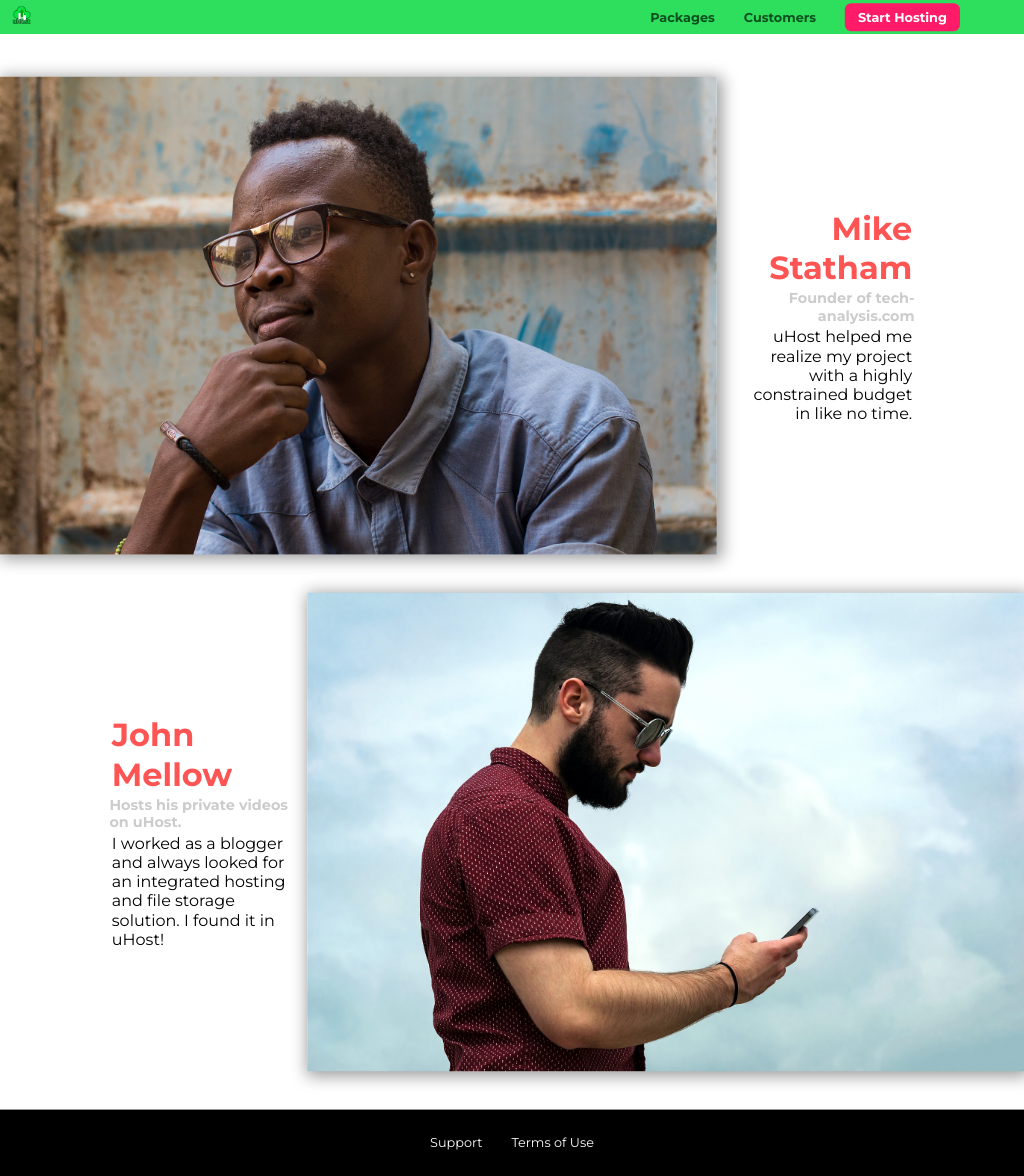
Repository: Nowacki97PL/UdemyCSS
Page: customers/index.html
An editor plug-in stored every save of this project. The page is shown before and after the next save, followed by the edit.
The browser window is 1280 px wide. The pictures show the whole page, at 80% of full size.

Above is the page before, as saved 2023-11-12 13:36:29.

### customers/index.html
<!DOCTYPE html>
<html lang="en">

<head>
    <meta charset="UTF-8">
    <meta name="viewport" content="width=device-width, initial-scale=1.0">
    <meta http-equiv="X-UA-Compatible" content="ie=edge">
    <title>uHost Customers</title>
    <link rel="shortcut icon" href="../favicon.png">
    <link href="https://fonts.googleapis.com/css?family=Anton|Montserrat:400,700" rel="stylesheet">
    <link rel="stylesheet" href="customers.css">
    <link rel="stylesheet" href="../shared.css">
    <link rel="stylesheet" href="../main.css">
</head>

<body>
    <header class="main-header">
        <div>
            <a href="../index.html" class="main-header__brand">
                <img src="../images/uhost-icon.png" alt="logo">
            </a>
        </div>
        <nav class="main-nav">
            <ul class="main-nav__items">
                <li class="main-nav__item">
                    <a href="packages/index.html">Packages</a>
                </li>
                <li class="main-nav__item">
                    <a href="customers/index.html">Customers</a>
                </li>
                <li class="main-nav__item main-nav__item--cta">
                    <a href="start-hosting/index.html">Start Hosting</a>
                </li>
            </ul>
        </nav>
    </header>

    <main>
        <div>
            <div class="testimonial" id="customer-1">
                <div class="testimonial__image-container">
                    <img src="../images/customer-1.jpg" alt="Mike Statham - Customer" class="testimonial__image">
                </div>
                <div class="testimonial__info">
                    <h1 class="testimonial__name">Mike Statham</h1>
                    <h2 class="testimonial__subtitle">Founder of
                        <a href="tech-analysis.com">tech-analysis.com</a>
                    </h2>
                    <p class="testimonial__text">uHost helped me realize my project with a highly constrained budget in like no time.</p>
                </div>
            </div>
            <div class="testimonial" id="customer-2">

                <div class="testimonial__info">
                    <h1 class="testimonial__name">John Mellow</h1>
                    <h2 class="testimonial__subtitle">Hosts his private videos on uHost.
                    </h2>
                    <p class="testimonial__text">I worked as a blogger and always looked for an integrated hosting and file storage solution. I found
                        it in uHost!
                    </p>
                </div>
                <div class="testimonial__image-container">
                    <img src="../images/customer-2.jpg" alt="John Mellow - Customer" class="testimonial__image">
                </div>
            </div>
        </div>
    </main>
    <footer class="main-footer">
        <nav>
            <ul class="main-footer__links">
                <li class="main-footer__link">
                    <a href="#">Support</a>
                </li>
                <li class="main-footer__link">
                    <a href="#">Terms of Use</a>
                </li>
            </ul>
        </nav>
    </footer>
</body>

</html>

### customers/customers.css
.testimonial {
    font-size: 20px;
    margin: 48px 0;
  }

  .testimonial__list {
    width: 80%;
    margin: auto;
  }

  .testimonial:first-of-type {
    margin-top: 96px;
  }

  .testimonial__image-container {
    width: 70%;
    display: inline-block;
    vertical-align: middle;
    box-shadow: 3px 3px 19px 3px rgba(0, 0,  0, 0.4);
  }

  .testimonial__image {
    width: 100%;
    vertical-align: top;
  }

  .testimonial__info {
    text-align: right;
    padding: 14px;
    display: inline-block;
    vertical-align: middle;
    width: 20%;
  }

  #customer-2.testimonial {
    text-align: right;
  }

  #customer-2 .testimonial__info {
    text-align: left;
  }

  .testimonial__name {
    margin: 3px;
    color: #ff5454;
  }

  .testimonial__subtitle {
    margin: 0;
    font-size: 18px;
    color: #ccc;
  }

  .testimonial__subtitle a {
    color: inherit;
    text-decoration: none;
  }

  .testimonial__subtitle a:hover,
  .testimonial__subtitle a:active {
    color: #7a7a7a;
  }

  .testimonial__text {
    margin: 3px;
  }

### shared.css
* {
    box-sizing: border-box;
}

body {
    font-family: 'Montserrat', sans-serif;
    margin: 0;
}

.main-header {
    width: 100%;
    position: fixed;
    top: 0;
    left: 0;
    background: #2ddf5c;
    padding: 8px 16px;
    z-index: 1;
}

.main-header > div {
    display: inline-block;
    vertical-align: middle;
}

.main-header__brand {
    color: #0e4f1f;
    text-decoration: none;
    font-weight: bold;
    font-size: 22px;
    display: inline-block;
    height: 22px;
}

.main-header__brand img {
    height: 22px;
}

.main-nav {
    display: inline-block;
    text-align: right;
    width: calc(100% - 74px);
    vertical-align: middle;
}

.main-nav__items {
    margin: 0;
    padding: 0;
    list-style: none;
}

.main-nav__item {
    display: inline-block;
    margin: 0 16px;
}

.main-nav__item a {
    text-decoration: none;
    color: #0e4f1f;
    font-weight: bold;
    padding: 3px 0;
}

.main-nav__item a:hover,
.main-nav__item a:active {
    color: white;
    border-bottom: 5px solid white;
}

.main-nav__item--cta a {
    color: white;
    background: #ff1b68;
    padding: 8px 16px;
    border-radius: 8px;
}

.main-nav__item--cta a:hover,
.main-nav__item--cta a:active {
    color: #ff1b68;
    background: white;
    border: none;
}

.main-footer {
    background: black;
    padding: 32px;
    margin-top: 48px;
}

.main-footer__links {
    list-style: none;
    margin: 0;
    padding: 0;
    text-align: center;
}

.main-footer__link {
    display: inline-block;
    margin: 0 16px;
}

.main-footer__link a {
    color: white;
    text-decoration: none;
}

.main-footer__link a:hover,
.main-footer__link a:active {
    color: #ccc;
}

.button {
    background: #0e4f1f;
    color: white;
    font: inherit;
    border: 1.5px solid #0e4f1f;
    padding: 8px;
    border-radius: 8px;
    font-weight: bold;
    cursor: pointer;
}

.button:hover,
.button:active {
    background: white;
    color: #0e4f1f;
}

.button:focus {
    outline: none;
}

### main.css


#product-overview {
    background: url("images/freedom.jpg") left 10% bottom 80%/cover no-repeat border-box;
    width: 100%;
    height: 528px;
    padding: 10px;
    position: relative;
}

.section-title {
    color: #2ddf5c;
    text-align: center;
}

#product-overview h1 {
    color: white;
    font-family: 'Anton', sans-serif;
    position: absolute;
    bottom: 5%;
    left: 3%;
}

.plan__list {
    width: 80%;
    margin: auto;
    text-align: center;
}

.plan {
    background: #d5ffdc;
    text-align: center;
    padding: 16px;
    margin: 8px;
    display: inline-block;
    width: 30%;
    vertical-align: middle;
}

.plan--highlighted {
    background: #19b84c;
    color: white;
    box-shadow: 2px 2px 2px 2px rgba(0, 0, 0, 0.5);
}

.plan__annotation {
    background: white;
    color: #19b84c;
    padding: 8px;
    box-shadow: 2px 2px 2px 2px rgba(0, 0, 0, 0.5);
    border-radius: 8px;
}

.plan__title {
    color: #0e4f1f;
}

.plan__price {
    color: #858585;
}

.plan--highlighted .plan__title {
    color: white;
}

.plan--highlighted .plan__price {
    color: #0e4f1f;
}

.plan__features {
    list-style: none;
    margin: 0;
    padding: 0;
}

.plan__feature {
    margin: 8px 0;
}

#key-features {
    background: #ff1b68;
    margin-top: 80px;
    padding: 16px;
}

#key-features .section-title {
    color: white;
    margin: 32px;
}

.key-feature__list {
    list-style: none;
    margin: 0;
    padding: 0;
    text-align: center;
}

.key-feature {
    display: inline-block;
    width: 30%;
    vertical-align: top;
}

.key-feature__image {
    background: #ffcede;
    width: 128px;
    height: 128px;
    border: 2px solid #424242;
    border-radius: 50%;
    margin: auto;
}

.key-feature__description {
    text-align: center;
    font-weight: bold;
    color: white;
    font-size: 20px;
}

/* h1 {
    font-family: sans-serif;
} */

After the next save:
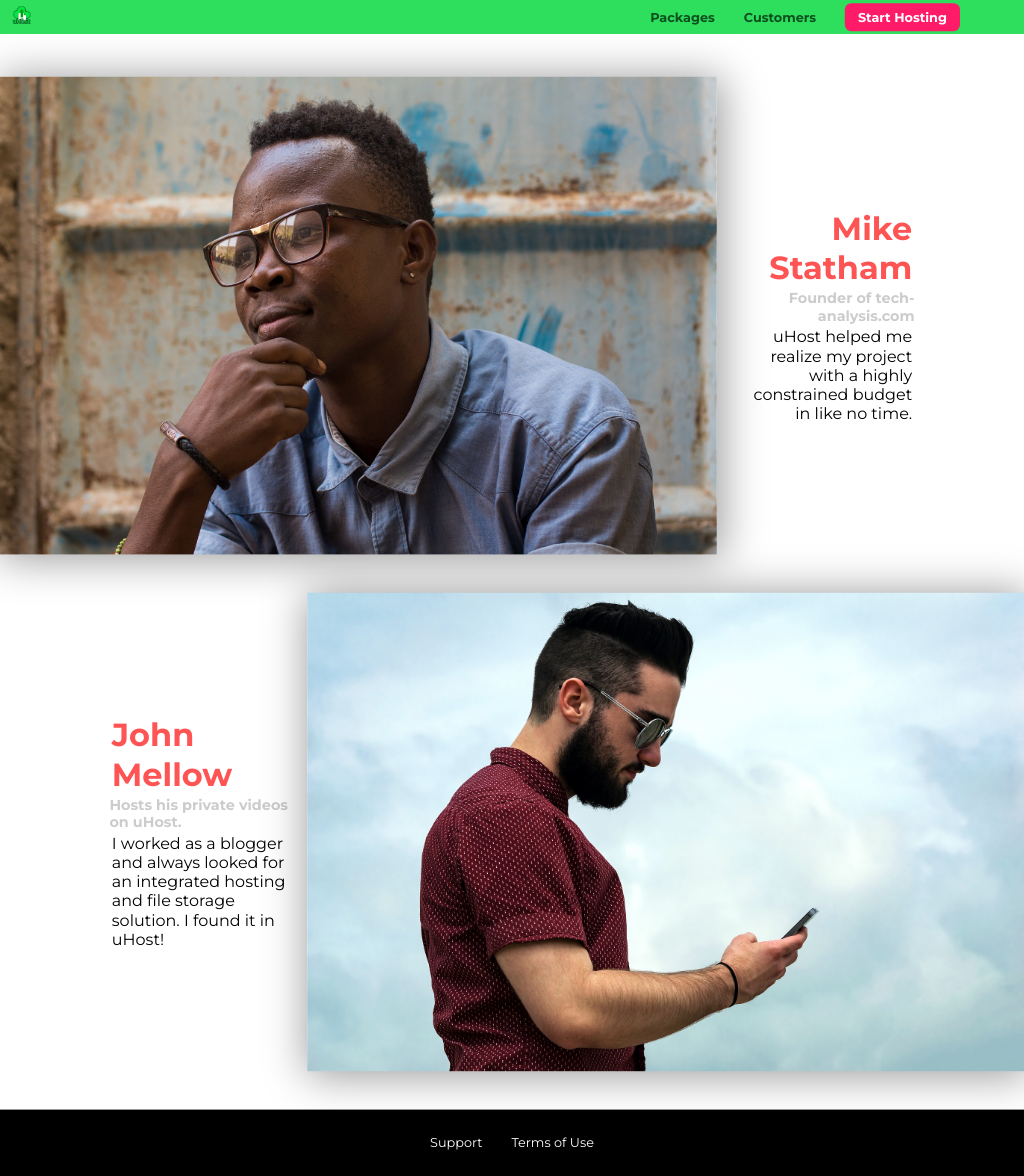
Saved 7 s later.
--- a/customers/customers.css
+++ b/customers/customers.css
@@ -16,7 +16,7 @@
     width: 70%;
     display: inline-block;
     vertical-align: middle;
-    box-shadow: 3px 3px 19px 3px rgba(0, 0,  0, 0.4);
+    box-shadow: 3px 3px 50px 3px rgba(0, 0,  0, 0.4);
   }
 
   .testimonial__image {
